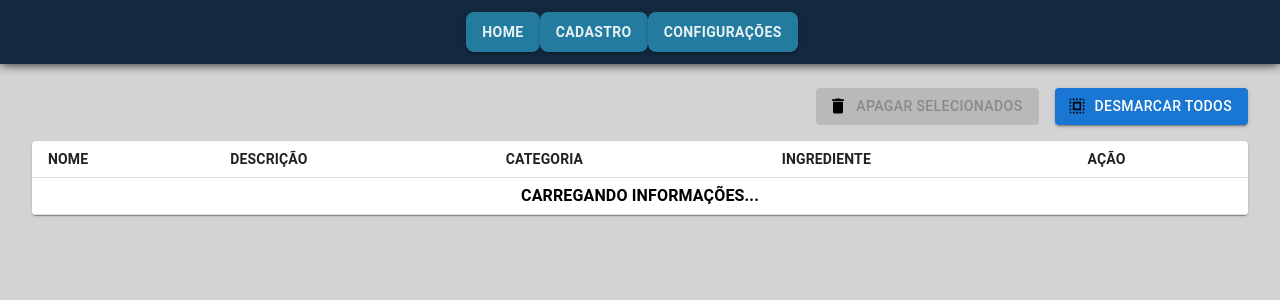
Repository: oZanella/projeto_windel_web_CRM
Page: /
The author's editor kept a copy of each file at every save. The page is drawn from the files as they stood at one save, then again after the next save.
The browser window is 1280 px wide. The pictures show the whole page.
The page's requests for data from a server got no answer. The project was rebuilt for these pictures with package versions that can differ from the ones it lists, and the page was loaded fresh each time. No one was signed in, and anything a server would have sent is missing. Also part of the build but not shown: vite.config.js, src/routes/Configuracoes.jsx. Imported but missing from the stored project, and not drawn on this page: src/routes/Cadastro.jsx.

Above is the page before, as saved 2024-08-19 09:31:25.

### index.html
<!doctype html>
<html lang="en">

<head>
  <meta charset="UTF-8" />
  <link rel="icon" type="image/svg+xml" href="./src/image/LogoWindel.svg" />
  <link rel="stylesheet" href="src/style/GlobalStyles.css" />
  <link href="https://fonts.googleapis.com/css2?family=Playfair+Display&display=swap" rel="stylesheet">

  <meta name="viewport" content="width=device-width, initial-scale=1.0" />
  <title>Projeto Teste - CRM </title>
</head>

<body>
  <div id="root"></div>
  <script type="module" src="/src/main.jsx"></script>
</body>

</html>

### src/style/GlobalStyles.css
:root {
  --click: #7fa8c4;
  --primary: #E8F1F2;
  --darkblue: #13293D;
  --secondary: #000000;
  --ligthblue: #1b98e0;
  --animation: #006494;
  --ligthkgrey: #D3D3D3;
  --blueceledron: #247ba0;
  --delete: #FF0000;
}

* {
    color: var(--secondary);
}

body {
  background-color: var(--ligthkgrey);
}

### src/main.jsx
import { createBrowserRouter, RouterProvider, Navigate } from "react-router-dom"
import { createRoot } from 'react-dom/client'
import { StrictMode } from 'react'
import { App } from './App.jsx'

import './style/GlobalStyles.css'

//páginas do projeto
import { Cadastro } from './routes/Cadastro.jsx'
import { Home } from './routes/Home.jsx'
import { Configuracoes } from './routes/configuracoes.jsx'

const router = createBrowserRouter([
  {
    element: <App />,
    children: [
      {
        path: '/',
        element: <Navigate to="/home" replace />,
      },
      {
        path: '/home',
        element: <Home />,
      },
      {
        path: '/cadastro',
        element: <Cadastro />,
      },
      {
        path: '/configuracoes',
        element: <Configuracoes />,
      },
    ],
  },
])

createRoot(document.getElementById('root')).render(
  <StrictMode>
    <RouterProvider router={router} />
  </StrictMode>,
)

### src/App.jsx
import { Header } from './components/Header'
import { Outlet } from 'react-router-dom'
import { Box } from '@mui/material'
import './style/GlobalStyles.css'

export function App() {
  return (
    <Box sx={{ p: { xs: 2, sm: 3 }, marginTop: { xs: 8, sm: 8 } }}>
      <Header />
      <Box>
        <Outlet />
      </Box>
    </Box>
  );
}

### src/routes/Home.jsx
import React, { useEffect, useState } from 'react';
import { Box, TextField, Button, Dialog, DialogActions, DialogContent, DialogTitle, Select, MenuItem, FormControl, InputLabel } from '@mui/material';

import { handleShowDetails, handleEdit, handleSave, handleInputChange } from '../components/Handle';
import { CardDados } from '../components/TableHome';

import { blogFetch } from '../axios/config';


export const Home = () => {
  const [posts, setPosts] = useState([]);
  const [selectInfo, setSelectInfo] = useState(null);
  const [modeEdit, setModeEdit] = useState(null);
  const [dataEdit, setDataEdit] = useState({});
  const [openAddDialog, setOpenAddDialog] = useState(false);
  const [newPost, setNewPost] = useState({ name: '', description: '', category: '' });

  const getPosts = async () => {
    try {
      const response = await blogFetch.get("/recipe");
      const uniqueData = response.data.filter((value, index, self) =>
        index === self.findIndex((t) => t.id === value.id)
      );
      setPosts(uniqueData); // Garante que não tenha dados duplicados
    } catch (error) {
      console.log(error);
    }
  };

  useEffect(() => {
    getPosts();
  }, []);

  const handleDelete = async (postId) => {
    try {
      await blogFetch.delete(`/recipe/${postId}`);
      setPosts(posts.filter(post => post.id !== postId));
      console.log('Post deletado com sucesso');
    } catch (error) {
      console.error('Erro ao deletar o post', error);
    }
  };

  const handleAddOpen = () => setOpenAddDialog(true);
  const handleAddClose = () => setOpenAddDialog(false);

  {/* API para envio do novo registro*/ }
  const handleAdd = async () => {
    try {
      const newPostFormatted = {
        name: newPost.name,
        description: newPost.description,
        ingredients: [],
        category: newPost.category,
        isFavorite: newPost.isFavorite
      };

      const response = await blogFetch.post("/recipe", newPostFormatted);
      setPosts([...posts, response.data]);
      setNewPost({ name: '', description: '', category: '', isFavorite: false });
      handleAddClose();
      console.log('Post adicionado com sucesso');
    } catch (error) {
      console.error('Erro ao adicionar o post', error);
    }
  };

  return (
    <Box>
      {/* Dados para Adicionar Novo Registro */}
      <Dialog open={openAddDialog} onClose={handleAddClose}>
        <DialogTitle>Adicionar Novo Registro</DialogTitle>
        <DialogContent>
          <TextField
            name="name"
            label="Nome"
            value={newPost.name}
            onChange={(e) => setNewPost({ ...newPost, name: e.target.value })}
            fullWidth
            sx={{ marginBottom: 2 }}
          />
          <TextField
            name="description"
            label="Descrição"
            value={newPost.description}
            onChange={(e) => setNewPost({ ...newPost, description: e.target.value })}
            fullWidth
            sx={{ marginBottom: 2 }}
          />
          <TextField
            name="category"
            label="Categoria"
            value={newPost.category}
            onChange={(e) => setNewPost({ ...newPost, category: e.target.value })}
            fullWidth
            sx={{ marginBottom: 2 }}
          />
          <FormControl fullWidth sx={{ marginBottom: 2 }}>
            <InputLabel>Favorito</InputLabel>
            <Select
              name="isFavorite"
              value={newPost.isFavorite}
              onChange={(e) => setNewPost({ ...newPost, isFavorite: e.target.value })}
              label="Favorito"
            >
              <MenuItem value={true}>Sim</MenuItem>
              <MenuItem value={false}>Não</MenuItem>

            </Select>
          </FormControl>
        </DialogContent>
        <DialogActions>
          <Button onClick={handleAddClose}>Cancelar</Button>
          <Button onClick={handleAdd}>Adicionar</Button>
        </DialogActions>
      </Dialog>

      <CardDados
        posts={posts}
        handleDelete={handleDelete}
        handleEdit={handleEdit}
        handleSave={handleSave}
        modeEdit={modeEdit}
        setModeEdit={setModeEdit}
        dataEdit={dataEdit}
        setDataEdit={setDataEdit}
        handleInputChange={handleInputChange}
        selectInfo={selectInfo}
        setSelectInfo={setSelectInfo}
        handleShowDetails={handleShowDetails}
      />
    </Box>
  );
};

### src/components/Header.jsx
import { AppBar, Toolbar, Typography, Box, Button, IconButton } from '@mui/material';
import Logo from '../image/LogoWindel.svg';
import { Link } from 'react-router-dom';
import React from 'react';

export const Header = () => {
  return (

    // Header fundo 1 //
    <AppBar
      position="fixed"
      sx={{
        width: '100%',
        boxShadow: '0px 0.01px 11px var(--secondary)',
        top: 0,
        left: 0,
      }}
    >

      {/* Header fundo 2 */}
      <Toolbar
        sx={{
          display: 'flex',
          alignItems: 'center',
          padding: { xs: '0px', sm: '0px' },
          justifyContent: 'space-between',
          height: '64px',
          minHeight: '64px',
          backgroundColor: 'var(--darkblue)',
          boxSizing: 'border-box',
        }}
      >

        {/* Botões */}
        <Box
          sx={{
            mr: { xs: 0, sm: 2 },
            display: 'flex',
            alignItems: 'center',
            flexGrow: { xs: 1, sm: 1 },
            justifyContent: { xs: 'center', sm: 'center' },
            '& .MuiButton-root': {
              backgroundColor: 'var(--blueceledron)',
              color: 'var(--primary)',
              borderRadius: '8px',
              // boxShadow: '0 4px 6px rgba(0, 0, 0, 0.4)',
              padding: '8px 16px',
              fontWeight: 'bold',
              textTransform: 'uppercase',
              transition: 'background-color 0.4s, transform 0.4s',

              // Animação
              '&:hover': {
                backgroundColor: 'var(--animation)',
                transform: 'scale(1.07)',
              },
              '&:active': {
                backgroundColor: 'var(--click)',
              },
            },
          }}
        >
          <Button variant="contained" component={Link} to={`/home`}>Home</Button>
          <Button variant="contained" component={Link} to={`/cadastro`}>Cadastro</Button>
          <Button variant="contained" component={Link} to={`/configuracoes`}>Configurações</Button>
        </Box>
      </Toolbar>
    </AppBar>
  );
};

### src/components/Handle.jsx

import { blogFetch } from '../axios/config';


export const handleShowDetails = (post, setSelectInfo, selectInfo) => {
  if (selectInfo?.id === post.id) {
    setSelectInfo(null); // Fecha se já estiver aberto
  } else {
    setSelectInfo(post); // Abre o post atual
  }
};

export const handleEdit = (post, setModeEdit, setDataEdit) => {
  setModeEdit(post.id);
  setDataEdit(post);
};

//continua com erro, verificar!!
export const handleSave = async (postId, updateData) => {
  try {
    // Envie uma requisição PUT ou POST para salvar os dados atualizados
    const response = await blogFetch.put(`/blogFetch/posts/${postId}`, updateData);
    console.log('Dados salvos com sucesso', response.data);

  } catch (error) {
    console.error('Erro de API', error);
  }
};

export const handleInputChange = (e, setDataEdit) => {
  setDataEdit(prevDataEdit => ({ ...prevDataEdit, [e.target.name]: e.target.value }));
};

### src/components/TableHome.jsx
import React, { useState, useEffect } from 'react';
import {
  Table, TableBody, TableCell, TableContainer, TableHead, TableRow, Typography, Box, Button, IconButton, TextField, Dialog, DialogContent, DialogActions, FormControlLabel, Switch, Chip, Paper, Checkbox
} from '@mui/material';
import EditIcon from '@mui/icons-material/Edit';
import SaveIcon from '@mui/icons-material/Save';
import AddIcon from '@mui/icons-material/Add';
import CloseIcon from '@mui/icons-material/Close';
import DeleteIcon from '@mui/icons-material/Delete';
import SelectAllIcon from '@mui/icons-material/SelectAll';
import axios from 'axios';

const API_BASE_URL = 'https://teste-tecnico-front-api.up.railway.app';

export const CardDados = ({
  posts, setPosts, handleDelete
}) => {
  const [openModal, setOpenModal] = useState(false);
  const [currentPost, setCurrentPost] = useState(null);
  const [dataEdit, setDataEdit] = useState({});
  const [newIngredient, setNewIngredient] = useState('');
  const [selectedPosts, setSelectedPosts] = useState([]);

  useEffect(() => {
    if (currentPost) {
      setDataEdit({ ...currentPost });
    }
  }, [currentPost]);

  const handleEditOpen = (post) => {
    setCurrentPost(post);
    setOpenModal(true);
  };

  const handleEditClose = () => {
    setOpenModal(false);
    setCurrentPost(null);
    setNewIngredient('');
  };

  const handleSaveModal = async () => {
    if (currentPost) {
      try {
        await axios.put(`${API_BASE_URL}/posts/${currentPost.id}`, dataEdit);
        const response = await axios.get(`${API_BASE_URL}/posts`);
        setPosts(response.data);
        handleEditClose();
      } catch (error) {
        console.error('Error ao salvar:', error);
      }
    }
  };

  const handleAddIngredient = () => {
    if (newIngredient.trim() !== '') {
      setDataEdit((prevData) => ({
        ...prevData,
        ingredients: [...(prevData.ingredients || []), newIngredient.trim()],
      }));
      setNewIngredient('');
    }
  };

  const handleRemoveIngredient = (ingredientToRemove) => {
    setDataEdit((prevData) => ({
      ...prevData,
      ingredients: (prevData.ingredients || []).filter((ingredient) => ingredient !== ingredientToRemove),
    }));
  };

  const handleSelectAll = () => {
    if (selectedPosts.length === posts.length) {
      setSelectedPosts([]); // Deselect all
    } else {
      setSelectedPosts(posts.map(post => post.id)); // Select all
    }
  };

  const handleDeleteSelected = async () => {
    try {
      await Promise.all(selectedPosts.map(id => axios.delete(`${API_BASE_URL}/posts/${id}`)));
      const response = await axios.get(`${API_BASE_URL}/posts`);
      setPosts(response.data);
      setSelectedPosts([]);
    } catch (error) {
      console.error('Error ao apagar os registros:', error);
    }
  };

  const handleSelectPost = (id) => {
    setSelectedPosts(prevSelected =>
      prevSelected.includes(id)
        ? prevSelected.filter(postId => postId !== id)
        : [...prevSelected, id]
    );
  };

  return (
    <>
      <Box sx={{ display: 'flex', justifyContent: 'flex-end', mb: 2 }}>
        <Button
          variant="contained"
          color="error"
          startIcon={<DeleteIcon />}
          onClick={handleDeleteSelected}
          disabled={selectedPosts.length === 0}
          sx={{ marginRight: 2 }}
        >
          Apagar Selecionados
        </Button>
        <Button
          variant="contained"
          color="primary"
          startIcon={<SelectAllIcon />}
          onClick={handleSelectAll}
        >
          {selectedPosts.length === posts.length ? 'Desmarcar Todos' : 'Selecionar Todos'}
        </Button>
      </Box>

      {/* Tabela aonde aparece os dados */}
      <TableContainer component={Paper} sx={{ overflowX: 'auto' }}>
        <Table size='small'>
          <TableHead>
            <TableRow>
              <TableCell sx={{ fontWeight: 'bold', textTransform: 'uppercase' }}>Nome</TableCell>
              <TableCell sx={{ fontWeight: 'bold', textTransform: 'uppercase' }}>Descrição</TableCell>
              <TableCell sx={{ fontWeight: 'bold', textTransform: 'uppercase' }}>Categoria</TableCell>
              <TableCell sx={{ fontWeight: 'bold', textTransform: 'uppercase' }}>Ingrediente</TableCell>
              <TableCell sx={{ fontWeight: 'bold', textTransform: 'uppercase' }}>Ação</TableCell>
            </TableRow>
          </TableHead>
          <TableBody>
            {posts.length === 0 ? (
              <TableRow>
                <TableCell colSpan={5} align="center">
                  <Typography variant="body1" sx={{ fontWeight: 'bold', textTransform: 'uppercase' }}>Carregando informações...</Typography>
                </TableCell>
              </TableRow>
            ) : (
              posts.map((post) => (
                <TableRow sx={{ height: 'auto' }} key={post.id}>
                  <TableCell sx={{ padding: '8px' }}>
                    {post.name}
                  </TableCell>
                  <TableCell sx={{ padding: '8px' }}>{post.description}</TableCell>
                  <TableCell sx={{ padding: '8px' }}>{post.category}</TableCell>

                  <TableCell sx={{ padding: '8px' }}>
                    <Box sx={{
                      display: 'flex',
                      flexWrap: 'wrap',
                      overflowX: 'auto',
                      gap: 1,
                      width: '100%',
                    }}>
                      {post.ingredients && post.ingredients.length > 0 ? (
                        post.ingredients.map((ingredient) => (
                          <Box
                            key={ingredient.id}
                            sx={{
                              display: 'flex',
                              flexDirection: 'column',
                              alignItems: 'flex-start',
                              marginRight: 1,
                              marginBottom: 1,
                            }}
                          >
                            <Typography variant="body1">{ingredient.name}</Typography>
                            <Typography variant="body2" color="textSecondary">
                              Quantidade: {ingredient.quantity}
                            </Typography>
                          </Box>
                        ))
                      ) : (
                        <Typography variant="body2">Nenhum ingrediente disponível</Typography>
                      )}
                    </Box>
                  </TableCell>

                  <TableCell>
                    <Box sx={{ display: 'flex', alignItems: 'center' }}>
                      <Checkbox
                        checked={selectedPosts.includes(post.id)}
                        onChange={() => handleSelectPost(post.id)}
                        color="primary"
                      />
                      <IconButton
                        color="primary"
                        onClick={() => handleEditOpen(post)}
                        sx={{ mr: 1 }}
                      >
                        <EditIcon />
                      </IconButton>
                      <IconButton
                        color="error"
                        onClick={() => handleDelete(post.id)}
                      >
                        <DeleteIcon />
                      </IconButton>
                    </Box>
                  </TableCell>
                </TableRow>
              ))
            )}
          </TableBody>
        </Table>
      </TableContainer>

      {/* Modal de edição */}
      <Dialog open={openModal} onClose={handleEditClose} fullWidth maxWidth="sm">
        <DialogContent>
          {currentPost && (
            <Box component="form" sx={{ display: 'flex', flexDirection: 'column', gap: 2 }}>
              <TextField
                name="name"
                label="Nome"
                value={dataEdit.name || ''}
                onChange={(e) => setDataEdit({ ...dataEdit, name: e.target.value })}
                fullWidth
                sx={{ marginBottom: 2 }}
              />
              <TextField
                name="description"
                label="Descrição"
                value={dataEdit.description || ''}
                onChange={(e) => setDataEdit({ ...dataEdit, description: e.target.value })}
                fullWidth
                sx={{ marginBottom: 2 }}
              />
              <TextField
                name="category"
                label="Categoria"
                value={dataEdit.category || ''}
                onChange={(e) => setDataEdit({ ...dataEdit, category: e.target.value })}
                fullWidth
                sx={{ marginBottom: 2 }}
              />
              <FormControlLabel
                control={
                  <Switch
                    checked={dataEdit.isFavorite || false}
                    onChange={(e) => setDataEdit({ ...dataEdit, isFavorite: e.target.checked })}
                    name="isFavorite"
                    color="primary"
                  />
                }
                label="Favorito"
                sx={{ marginTop: 1 }}
              />
              <Box sx={{ marginTop: 2 }}>
                <Typography variant="h6" sx={{ mb: 1 }}>Ingredientes</Typography>
                {dataEdit.ingredients && dataEdit.ingredients.map((ingredient, index) => (
                  <Chip
                    key={index}
                    label={`${ingredient.name} (${ingredient.quantity})`}
                    onDelete={() => handleRemoveIngredient(ingredient)}
                    sx={{ marginRight: 1, marginBottom: 1 }}
                    deleteIcon={<CloseIcon />}
                  />
                ))}
                <Box sx={{ display: 'flex', alignItems: 'center', mt: 2 }}>
                  <TextField
                    value={newIngredient}
                    onChange={(e) => setNewIngredient(e.target.value)}
                    label="Novo ingrediente"
                    variant="outlined"
                    size="small"
                    sx={{ marginRight: 1 }}
                  />
                  <Button
                    variant="contained"
                    color="primary"
                    onClick={handleAddIngredient}
                    startIcon={<AddIcon />}
                  >
                    Adicionar
                  </Button>
                </Box>
              </Box>
            </Box>
          )}
        </DialogContent>
        <DialogActions>
          <Button onClick={handleEditClose} color="inherit">
            Cancelar
          </Button>
          <Button
            onClick={handleSaveModal}
            color="primary"
            variant="contained"
            startIcon={<SaveIcon />}
          >
            Salvar
          </Button>
        </DialogActions>
      </Dialog>
    </>
  );
};

### src/axios/config.jsx
// src/axios/config.js
import axios from 'axios';

export const blogFetch = axios.create({
  baseURL: 'https://teste-tecnico-front-api.up.railway.app',
  headers: {
    'Content-Type': 'application/json',
  },
});

After the next save:
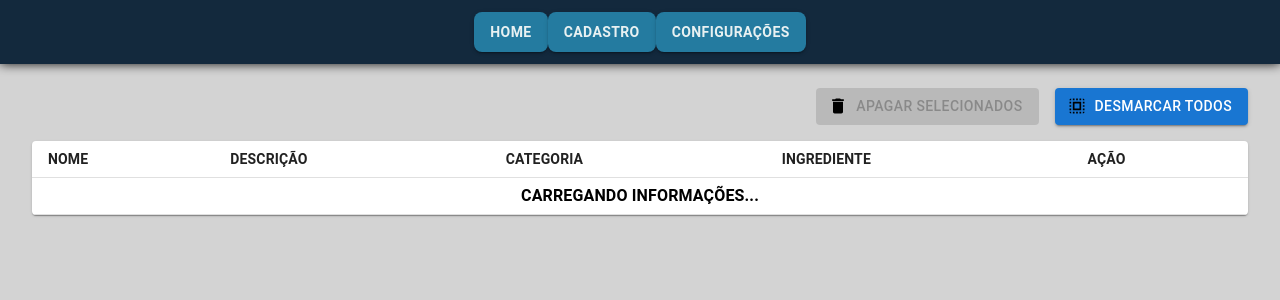
Saved 16 s later.
--- a/src/components/Header.jsx
+++ b/src/components/Header.jsx
@@ -34,7 +34,6 @@ export const Header = () => {
         {/* Botões */}
         <Box
           sx={{
-            mr: { xs: 0, sm: 2 },
             display: 'flex',
             alignItems: 'center',
             flexGrow: { xs: 1, sm: 1 },
